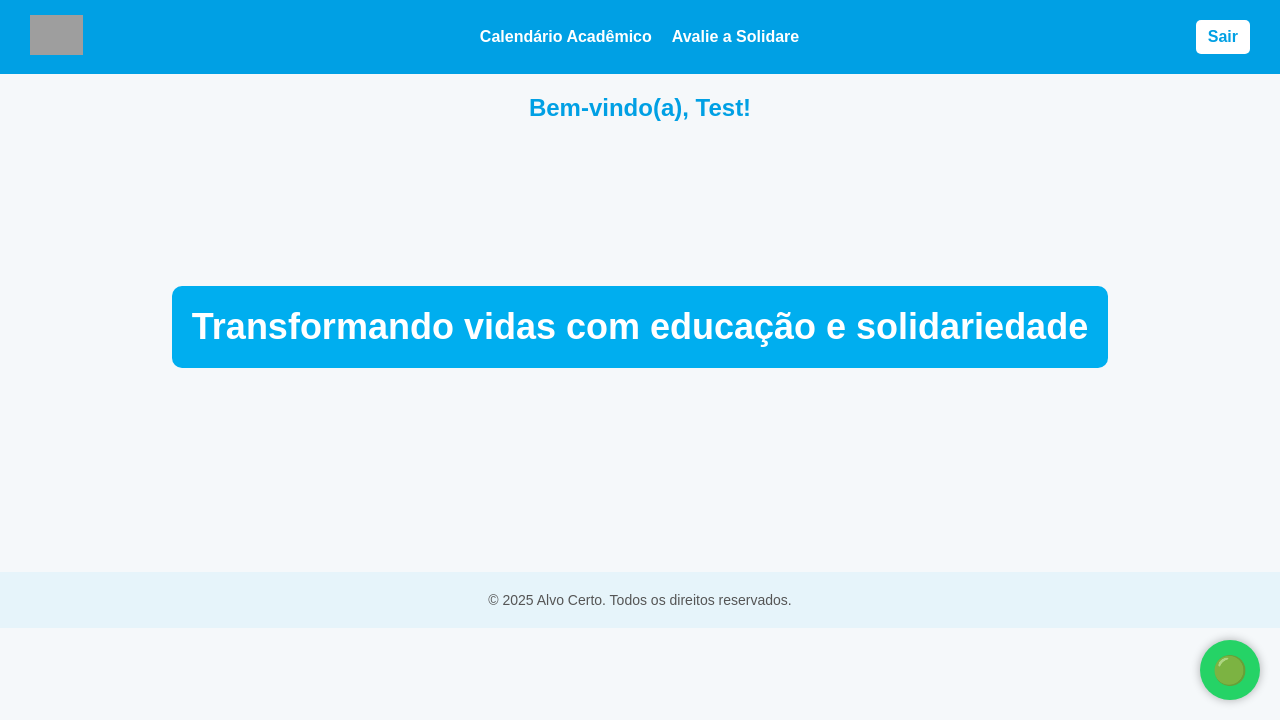
Repository: Guilherme-burle/Portal-do-Aluno-P2
Page: http://localhost/
An editor plug-in stored every save of this project. The page is shown before and after the next save, followed by the edit.
The browser window is 1280 px wide. The pictures show the whole page.
Pictures or frames that could not be fetched are drawn as grey boxes. The page is served by the project's application, run on Django 5.2 (PortaldoAluno/manage.py). A made-up administrator, testuser (Test User, test@example.com), is signed in. Other server files are loaded and not shown.

Above is the page before, as saved 2025-05-16 16:51:13.

### PortaldoAluno/Aplicativo/templates/home.html
<!DOCTYPE html>
<html lang="pt-BR">
<head>
  <meta charset="UTF-8">
  <title>Home - Alvo Certo</title>
  <style>
    * {
      box-sizing: border-box;
    }

    body {
      margin: 0;
      font-family: Arial, sans-serif;
      background-color: #f5f8fa;
    }

    header {
      background-color: #00a0e4;
      padding: 15px 30px;
      display: flex;
      align-items: center;
      justify-content: space-between;
      position: sticky;
      top: 0;
      z-index: 1000;
      flex-wrap: wrap;
    }

    .logo img {
      height: 40px;
    }

    nav ul {
      list-style: none;
      margin: 0;
      padding: 0;
      display: flex;
      gap: 20px;
    }

    nav ul li a {
      color: white;
      text-decoration: none;
      font-weight: bold;
      transition: color 0.3s ease;
    }

    nav ul li a:hover {
      color: #ccefff;
    }

    .auth-buttons {
      display: flex;
      gap: 10px;
    }

    .auth-buttons a {
      background-color: white;
      color: #00a0e4;
      padding: 8px 12px;
      border-radius: 5px;
      text-decoration: none;
      font-weight: bold;
    }

    .auth-buttons a:hover {
      background-color: #e6f4fa;
    }

    .banner {
      background-size: cover;
      background-position: center;
      height: 370px;
      display: flex;
      align-items: center;
      justify-content: center;
      color: white;
      text-align: center;
      animation: zoomIn 20s infinite alternate ease-in-out;
    }

    @keyframes zoomIn {
      from {
        background-size: 100%;
      }
      to {
        background-size: 110%;
      }
    }

    .banner h1 {
      background-color: rgb(0, 174, 239);
      padding: 20px;
      border-radius: 10px;
      font-size: 36px;
    }

    .whatsapp-float {
      position: fixed;
      bottom: 20px;
      right: 20px;
      background-color: #25d366;
      color: white;
      border-radius: 50%;
      width: 60px;
      height: 60px;
      display: flex;
      align-items: center;
      justify-content: center;
      font-size: 28px;
      box-shadow: 0 0 10px rgba(0,0,0,0.3);
      z-index: 999;
      text-decoration: none;
    }

    footer {
      background-color: #e6f4fa;
      text-align: center;
      padding: 20px;
      margin-top: 60px;
      font-size: 14px;
      color: #555;
    }

    @media (max-width: 768px) {
      nav ul {
        flex-wrap: wrap;
        gap: 10px;
        margin-top: 10px;
      }

      .auth-buttons {
        margin-top: 10px;
      }

      .banner h1 {
        font-size: 24px;
        padding: 10px;
      }
    }
  </style>
</head>
<body>

  <header>
    <div class="logo">
      <img src="https://i.imgur.com/7H8lMIL.png" alt="Logo Alvo Certo">
    </div>

    <nav>
      <ul>
        {% if user.is_authenticated %}
        <li><a href="{% url 'calendario' %}">Calendário Acadêmico</a></li>
        <li><a href="{% url 'avaliacao' %}">Avalie a Solidare</a></li>
        {% endif %}
      </ul>
    </nav>

    <div class="auth-buttons">
      {% if user.is_authenticated %}
        <a href="{% url 'logout' %}">Sair</a>
      {% else %}
        <a href="{% url 'login' %}">Login</a>
        <a href="{% url 'cadastro' %}">Cadastro</a>
      {% endif %}
    </div>
  </header>

  {% if user.is_authenticated %}
  <h2 style="text-align: center; color: #00a0e4; margin-top: 20px;">
    Bem-vindo(a), {{ user.first_name|default:"usuário" }}!
  </h2>
  {% endif %}

  <section class="banner">
    <h1>Transformando vidas com educação e solidariedade</h1>
  </section>

  <a class="whatsapp-float" href="https://wa.me/5581932514480" target="_blank" title="Fale conosco no WhatsApp">
    🟢
  </a>

  <footer>
    © 2025 Alvo Certo. Todos os direitos reservados.
  </footer>

</body>
</html>

### PortaldoAluno/Aplicativo/decorators.py
from django.shortcuts import redirect

def login_required(view_func):
    def wrapper(request, *args, **kwargs):
        if not request.user.is_authenticated:
            return redirect('login')
        return view_func(request, *args, **kwargs)
    return wrapper

### PortaldoAluno/Aplicativo/views.py
from django.contrib.auth import logout
from django.contrib.auth.models import User
from django.shortcuts import render, redirect, get_object_or_404
from django.contrib.auth import authenticate, login as auth_login
from .models import Aluno, Avaliacao, EventoCalendario
from django.contrib import messages
from django.urls import reverse
from .decorators import login_required
from django.contrib.auth.hashers import make_password
from datetime import datetime
from datetime import date

@login_required
def home(request):
    return render(request, 'home.html')

@login_required
def home_adm(request):
    alunos = Aluno.objects.all()
    return render(request, 'homeadm.html', {'alunos': alunos})

def cadastro(request):
    if request.method == 'POST':
        nome = request.POST.get('nome')
        email = request.POST.get('email')
        senha = request.POST.get('senha')
        is_admin = request.POST.get('is_admin') == 'on'

        print(f"Nome: {nome}")
        print(f"E-mail: {email}")
        print(f"Senha: {senha}")
        print(f"Administrador: {is_admin}")

        if User.objects.filter(email=email).exists():
            return render(request, 'cadastro.html', {'mensagem': 'E-mail já está em uso.'})

        try:
            user = User.objects.create_user(
                username=email,
                email=email,
                password=senha,
                first_name=nome,
                is_superuser=is_admin,
                is_staff=is_admin
            )
            user.save()

            print(f"Usuário {user.username} cadastrado com sucesso!")

            return redirect('login')

        except Exception as e:
            print(f"Erro ao criar o usuário: {e}")
            return render(request, 'cadastro.html', {
                'mensagem': 'Erro ao cadastrar o usuário. Tente novamente.',
                'tipo_mensagem': 'error'
            })

    return render(request, 'cadastro.html')

def login(request):
    if request.method == 'POST':
        username = request.POST.get('username')
        password = request.POST.get('password')

        print(f"Username: {username}, Password: {password}")
        user = authenticate(request, username=username, password=password)

        if user:
            print("Usuário autenticado!")
            auth_login(request, user)
            return redirect('homeadm') if user.is_staff else redirect('home')
        else:
            print("Dados inválidos")
            return render(request, 'login.html', {'erro': 'Credenciais inválidas'})

    return render(request, 'login.html')

@login_required
def logout_view(request):
    logout(request)
    return redirect('home')

@login_required
def add_aluno(request):
    if request.method == 'POST':
        nome = request.POST.get('nome')
        data_nascimento = request.POST.get('data_nascimento')
        escolaridade = request.POST.get('escolaridade')
        turno = request.POST.get('turno')
        escola = request.POST.get('escola')
        endereco = request.POST.get('endereco')
        bairro = request.POST.get('bairro')
        telefone = request.POST.get('telefone')
        curso = request.POST.get('curso')

        if not all([nome, data_nascimento, escolaridade, turno, escola, endereco, bairro, telefone, curso]):
            return render(request, 'add.html', {'erro': 'Todos os campos são obrigatórios'})

        aluno = Aluno.objects.create(
            nome=nome,
            data_nascimento=data_nascimento,
            escolaridade=escolaridade,
            turno=turno,
            escola=escola,
            endereco=endereco,
            bairro=bairro,
            telefone=telefone,
            curso=curso,
        )

        aluno.save()

        messages.success(request, 'Aluno cadastrado com sucesso!')
        return render(request, 'add.html')

    return render(request, 'add.html')

@login_required
def ver(request):
    alunos = Aluno.objects.all()

    return render(request, 'ver.html', {'alunos': alunos})

@login_required
def deletar_alunos(request, aluno_id):
    aluno = get_object_or_404(Aluno, id=aluno_id)
    aluno.delete()
    return redirect(request.META.get('HTTP_REFERER', 'ver'))

@login_required
def editar_alunos(request, aluno_id):
    aluno = get_object_or_404(Aluno, id=aluno_id)

    if request.method == 'POST':
        nome = request.POST.get('nome')
        data_nascimento = request.POST.get('data_nascimento')
        escolaridade = request.POST.get('escolaridade')
        turno = request.POST.get('turno')
        escola = request.POST.get('escola')
        endereco = request.POST.get('endereco')
        bairro = request.POST.get('bairro')
        telefone = request.POST.get('telefone')
        curso = request.POST.get('curso')

        alterado = (
            nome != aluno.nome or
            data_nascimento != str(aluno.data_nascimento) or
            escolaridade != aluno.escolaridade or
            turno != aluno.turno or
            escola != aluno.escola or
            endereco != aluno.endereco or
            bairro != aluno.bairro or
            telefone != aluno.telefone or
            curso != aluno.curso
        )

        if alterado:
            aluno.nome = nome
            aluno.data_nascimento = data_nascimento
            aluno.escolaridade = escolaridade
            aluno.turno = turno
            aluno.escola = escola
            aluno.endereco = endereco
            aluno.bairro = bairro
            aluno.telefone = telefone
            aluno.curso = curso
            aluno.save()
            messages.success(request, 'Informações atualizadas com sucesso!')
        else:
            messages.error(request, 'Você precisa alterar alguma informação.')

    return render(request, 'editar.html', {'aluno': aluno})

@login_required
def avaliar_solidare(request):
    if request.method == 'POST':
        pergunta_1 = request.POST.get('pergunta_1')
        pergunta_2 = request.POST.get('pergunta_2')
        pergunta_3 = request.POST.get('pergunta_3')
        sugestao = request.POST.get('sugestao', '')

        if not all([pergunta_1, pergunta_2, pergunta_3]):
            messages.error(request, 'Responda todos os campos.')
            return render(request, 'avaliacao.html')

        Avaliacao.objects.create(
            pergunta_1=pergunta_1,
            pergunta_2=pergunta_2,
            pergunta_3=pergunta_3,
            sugestao=sugestao
        )
        messages.success(request, 'Avaliação enviada com sucesso!')

    return render(request, 'avaliacao.html')

@login_required
def calendario(request):
    hoje = date.today()
    eventos = EventoCalendario.objects.filter(user=request.user).order_by('data')
    meses = ["Janeiro", "Fevereiro", "Março", "Abril", "Maio", "Junho", "Julho", "Agosto", "Setembro", "Outubro", "Novembro", "Dezembro"]
    dias_semana = ["Dom", "Seg", "Ter", "Qua", "Qui", "Sex", "Sab"]
    contexto = {
        'meses': meses,
        'dias_semana': dias_semana,
        'eventos': eventos,
        'ano_atual': hoje.year,
        'mes_atual': hoje.month - 1
    }
    return render(request, 'calendario.html', contexto)

@login_required
def add_eventos(request):
    data = request.GET.get('data')

    if request.method == 'POST':
        nome = request.POST.get('nome')
        descricao = request.POST.get('descricao')


        if nome and data:
            EventoCalendario.objects.create(nome=nome, data=data, descricao=descricao, user=request.user)
            from django.contrib import messages
            messages.success(request, "Evento adicionado com sucesso!")
            return redirect('calendario')
        else:
            return render(request, 'add_eventos.html', {'erro': 'Dados incompletos.', 'data': data})

    if not data:
        return render(request, 'erro.html', {'mensagem': 'Data não informada.'})

    return render(request, 'add_eventos.html', {'data': data})

### PortaldoAluno/projeto/urls.py
"""
URL configuration for portal project.

The `urlpatterns` list routes URLs to views. For more information please see:
    https://docs.djangoproject.com/en/5.2/topics/http/urls/
Examples:
Function views
    1. Add an import:  from my_app import views
    2. Add a URL to urlpatterns:  path('', views.home, name='home')
Class-based views
    1. Add an import:  from other_app.views import Home
    2. Add a URL to urlpatterns:  path('', Home.as_view(), name='home')
Including another URLconf
    1. Import the include() function: from django.urls import include, path
    2. Add a URL to urlpatterns:  path('blog/', include('blog.urls'))
"""
from django.contrib import admin
from django.urls import path, include

urlpatterns = [
    path('admin/', admin.site.urls),
    path('', include('Aplicativo.urls')),
]

### PortaldoAluno/Aplicativo/urls.py
from django.urls import path
from . import views

urlpatterns = [
    path('', views.home, name='home'),
    path('login/', views.login, name='login'),
    path('logout/', views.logout_view, name='logout'),
    path('cadastro/', views.cadastro, name='cadastro'),
    path('add/', views.add_aluno, name='add'),
    path('homeadm/', views.home_adm, name='homeadm'),
    path('ver/', views.ver, name='ver'),
    path('ver/<int:aluno_id>/deletar', views.deletar_alunos, name='deletar'),
    path('ver/<int:aluno_id>/editar', views.editar_alunos, name='editar'),
    path('avaliacao/', views.avaliar_solidare, name='avaliacao'),
    path('calendario/', views.calendario, name='calendario'),
    path('add_eventos/', views.add_eventos, name='add_eventos'),
]

After the next save:
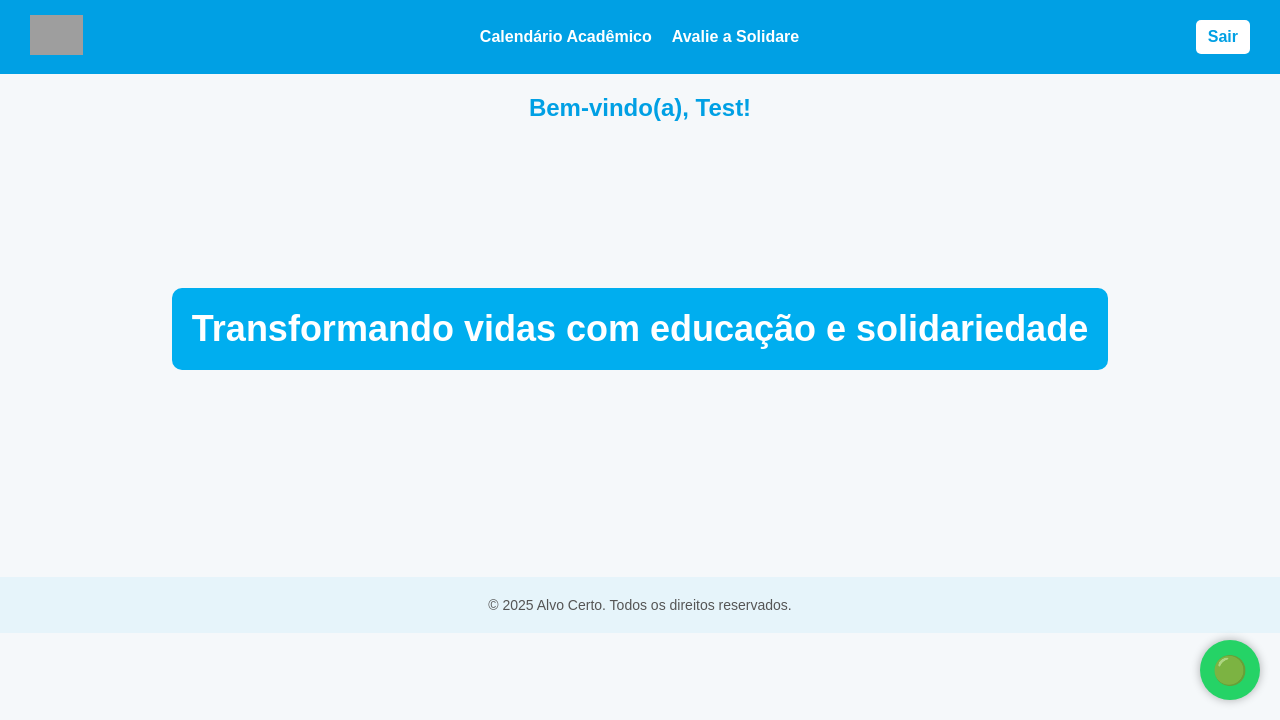
Saved 5 s later.
--- a/PortaldoAluno/Aplicativo/templates/home.html
+++ b/PortaldoAluno/Aplicativo/templates/home.html
@@ -70,7 +70,7 @@
     .banner {
       background-size: cover;
       background-position: center;
-      height: 370px;
+      height: 375px;
       display: flex;
       align-items: center;
       justify-content: center;
